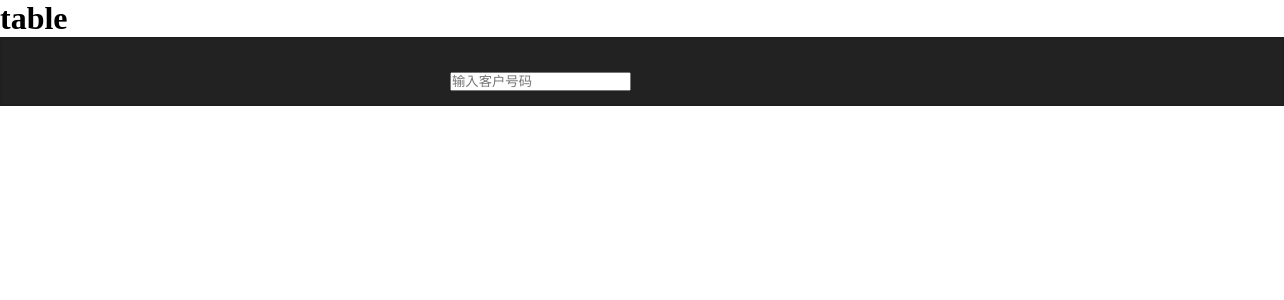
Repository: wangxinjun08231116/Html5Views
Page: WangXinJun/WebContent/table.html
An editor plug-in stored every save of this project. The page is shown before and after the next save, followed by the edit.
The browser window is 1280 px wide. The page is 1284 px wide, so the pictures cover 1284 px, including what lies to the right of the window. The pictures show the whole page.

Above is the page before, as saved 2015-01-30 03:21:04.

### WangXinJun/WebContent/table.html
<!DOCTYPE html>
<html>
<head>
  <meta http-equiv="content-type" content="text/html; charset=utf-8" />
  <title>Table</title>
	<script type="text/javascript" src="/WangXinJun/js/table/table.js"></script>
	<link rel="stylesheet" href="/WangXinJun/css/table/table.css" type="text/css" media="screen" />
</head>
<body>
  <h1>table</h1>
  <div class="realnamereg_div_cls">
		<table class="realnamereg">
		<tbody>
		<tr style="height: 50px;">
		<td style="vertical-align: middle; width: 35%;">
		<td style="vertical-align: middle; width: 65%;" colspan="2">
			<input id="phone_num" type="text" placeholder="输入客户号码" style="margin-top: 5px;">
		</td>
		</tr>

		</tbody>
</table>
</div>



</body>
</html>

### WangXinJun/WebContent/js/ChangYongMark/table.js
function test(id){
var id_ =id;
alert(id_);
}

### WangXinJun/WebContent/css/table/table.css
* {margin:0;padding:0;}
.realnamereg_div_cls{
	width:100%;
    background-color: #222;
    color: #333;
    font-family: "Microsoft Yahei","Simsun",Helvetica,Arial,sans-serif;
    border: 2px solid rgba(0, 0, 0, 0.1);
}

.realnamereg{
	border-collapse: collapse;
    margin-top: 15px;
    width: 100%;

}

After the next save:
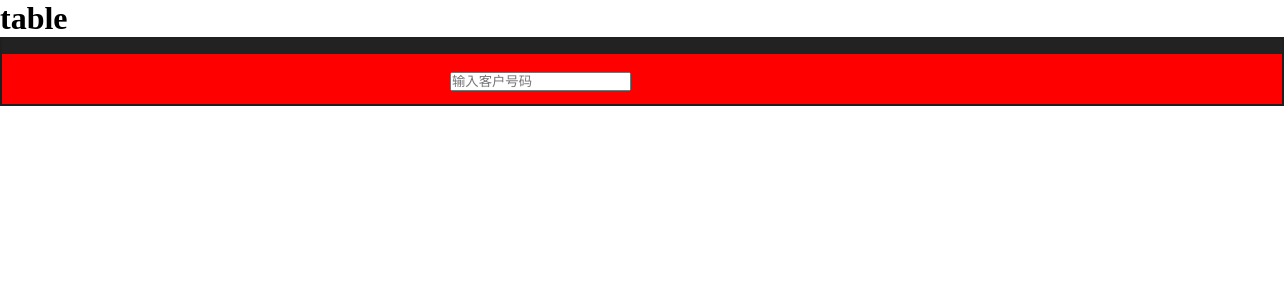
Saved 77 s later.
--- a/WangXinJun/WebContent/css/table/table.css
+++ b/WangXinJun/WebContent/css/table/table.css
@@ -8,6 +8,7 @@
 }
 
 .realnamereg{
+	background-color: red;
 	border-collapse: collapse;
     margin-top: 15px;
     width: 100%;
